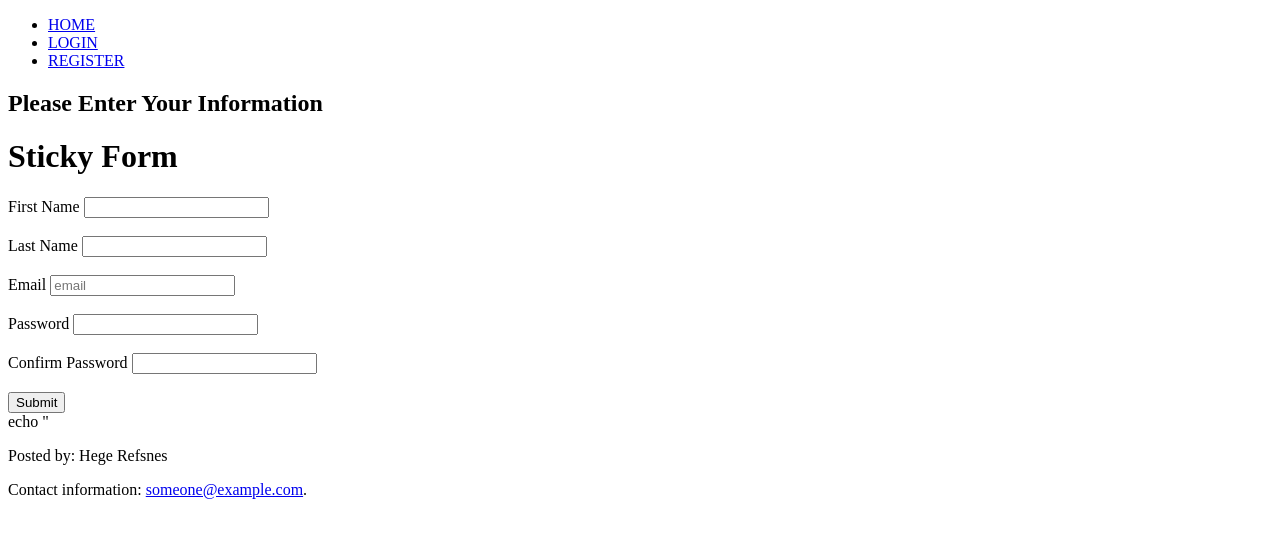
Repository: jedeyejed00/TheGameShaq
Page: http://localhost/ClassWork/Lab5/register.php
The author's editor kept a record of every edit. The page is drawn from the files as they stood at one moment, then again after the next edit.
The browser window is 1280 px wide. The pictures show the whole page.
The page is run by PHP 8.4 with error messages shown; the project is at /var/www/html/. Other server files are loaded and not shown.

Above is the page before.

### ClassWork/Lab5/includes/header.php
<!doctype html>
<html>
    <head>
         <meta charset="utf-8">
         <title>Homepage</title>


    </head>


    <body>

    <header>

    <div id="header">
    <ul id="nav">
        <li><a href="index.php">HOME</a></li>
        <li><a href="login.php">LOGIN</a></li>
        <li><a href="register.php">REGISTER</a></li>
    </ul>
    </div><!-- header -->

    </header>

### ClassWork/Lab5/includes/inc_registration.php
<?php


$first_name = "";
$last_name = "";
$email = "";
$password = "";
$confirm_password = "";



if($_SERVER['REQUEST_METHOD'] == 'POST') {
    // Procees our form and validate it
    $first_name = $_POST['first_name'];
    $last_name = $_POST['last_name'];
    $email = $_POST['email'];
    $password = $_POST['password'];
    $confirm_password = $_POST['confirm_password'];
    // validate
    if(empty($first_name)) {
      echo  "Enter your first name please";
      echo '<br>';
    }
    if(empty($last_name)) {
      echo  "Enter your last name please";
      echo '<br>';
    }
    if(empty($email)) {
      echo  "Enter your email please";
      echo '<br>';
    }
    if(empty($password)) {
      echo  "Enter your password please";
      echo '<br>';
    }
    if(empty($confirm_password)) {
      echo  "Confirm your password please";
      echo '<br>';
    }
}

    if(!empty($_POST['first_name']) && !empty($_POST['last_name']) && !empty($_POST['email']) && !empty($_POST['password']) && !empty($_POST['confirm_password']))
    {

 // validate the password with the confirm password
    if ($password == $confirm_password){
        echo '<h2>Congratulation you have registered correctly.</h2>';
    }
    else {
        echo '<h2>Password do not match. Please try again.</h2>';
    }

    }
    else {
        echo "<h2>Please Enter Your Information</h2>";
    }

?>

    <main>
        <h1>Sticky Form</h1>

        <form action="register.php" method="POST">
            <label for="first_name">First Name</label>
            <input type="first_name" id="first_name" name="first_name" placeholder="" value="<?php echo $first_name ?>">
            <br><br>
            <label for="last_name">Last Name</label>
            <input type="last_name" id="last_name" name="last_name" placeholder="" value="<?php echo $last_name ?>">
            <br><br>
            <label for="email">Email</label>
            <input type="email" id="email" name="email" placeholder="email" value="<?php echo $email ?>">
            <br><br>
            <label for="password">Password</label>
            <input type="password" id="password" name="password" placeholder="" value="<?php echo $password ?>">
            <br><br>
            <label for="confirm_password">Confirm Password</label>
            <input type="password" id="confirm_password" name="confirm_password" placeholder="" value="<?php echo $confirm_password ?>">
            <br><br>
            <input type="submit" name="submit" value="Submit"/>
    </main>

### ClassWork/Lab5/includes/footer.php
echo "<footer>
  <p>Posted by: Hege Refsnes</p>
  <p>Contact information: <a href="mailto:someone@example.com">
  someone@example.com</a>.</p>
</footer>

After the next edit:
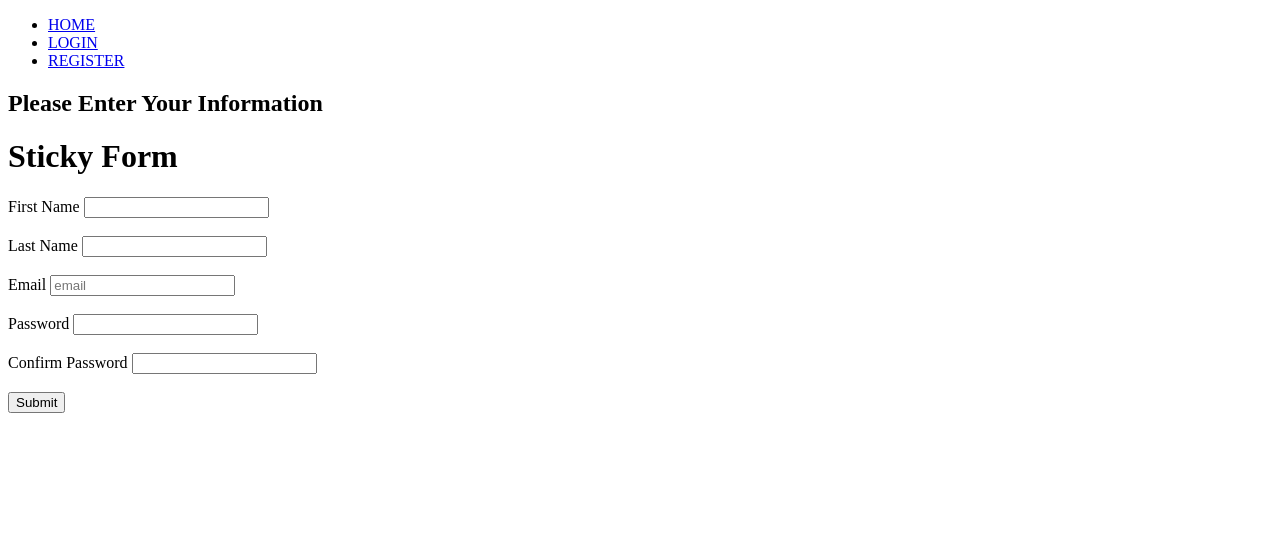
The edit:
--- a/ClassWork/Lab5/includes/footer.php
+++ b/ClassWork/Lab5/includes/footer.php
@@ -1,5 +1,7 @@
-echo "<footer>
-  <p>Posted by: Hege Refsnes</p>
-  <p>Contact information: <a href="mailto:someone@example.com">
-  someone@example.com</a>.</p>
-</footer>
+<!start of footer
+    <body bgcolor = "black">
+
+
+    </body>
+
+</html>
